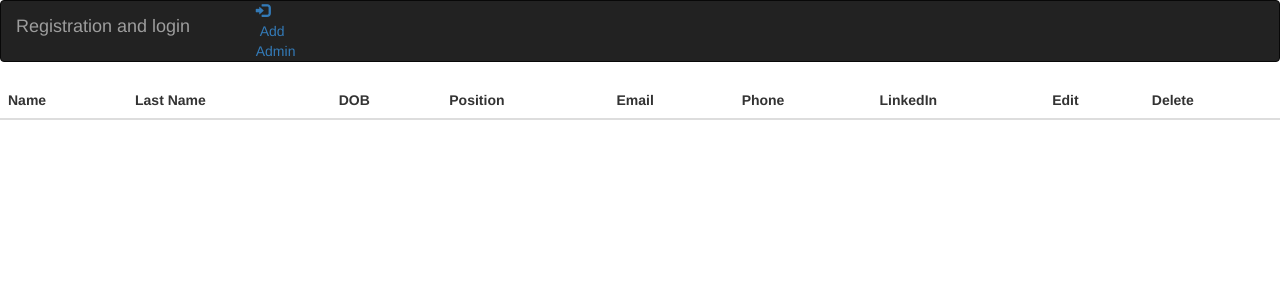
Repository: vinayvinay25794/RegistrationDemo
Page: http://localhost/allRegistrations
An editor plug-in stored every save of this project. The page is shown before and after the next save, followed by the edit.
The browser window is 1280 px wide. The pictures show the whole page.
The page is this project's Thymeleaf template; nobody is signed in. The template is opened directly, without the code that normally fills it, so the values that code supplies are empty.

Above is the page before, as saved 2021-03-18 07:21:35.

After the next save:
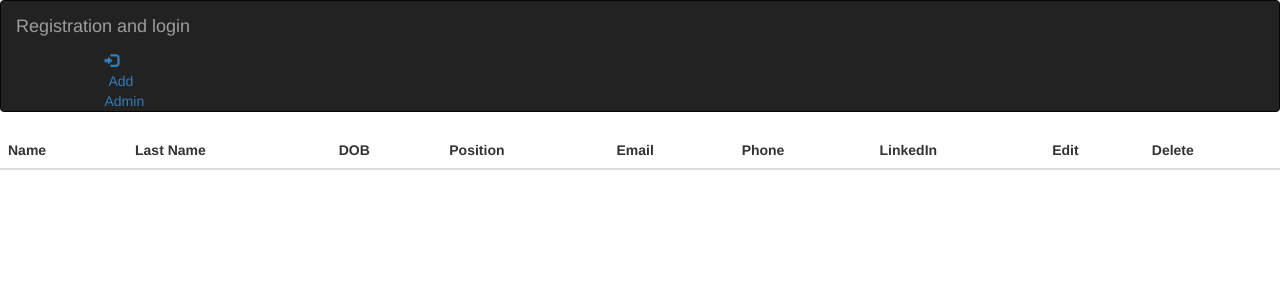
Saved 3 min 41 s later.
--- a/Hibernate/src/main/resources/templates/allRegistrations.html
+++ b/Hibernate/src/main/resources/templates/allRegistrations.html
@@ -19,9 +19,11 @@
 	        <span class="icon-bar"></span>
 	      </button>
 	      <a class="navbar-brand" href="#" th:href="@{/}">Registration and login</a>
+
+	      <div class="navbar-collapse collapse">
 	      <div class="nav navbar-nav navbar-right">
 	      <div class="col-md-6 col-md-offset-30">
-					<span><a class="nav navbar-nav navbar-right" href="/" th:href="@{/registration}">
+					<span><a href="/" th:href="@{/registration}">
 					<span class="glyphicon glyphicon-log-in" aria-hidden="true"></span>&nbsp;Add Admin
 					</a></span>
 					</div>
@@ -34,6 +36,7 @@
 					<span class="glyphicon glyphicon-log-in" aria-hidden="true"></span>&nbsp;Logout
 					</a></li>
 				</ul>
+			</div>
 			</div>
 	    </div>
 	   </div>
